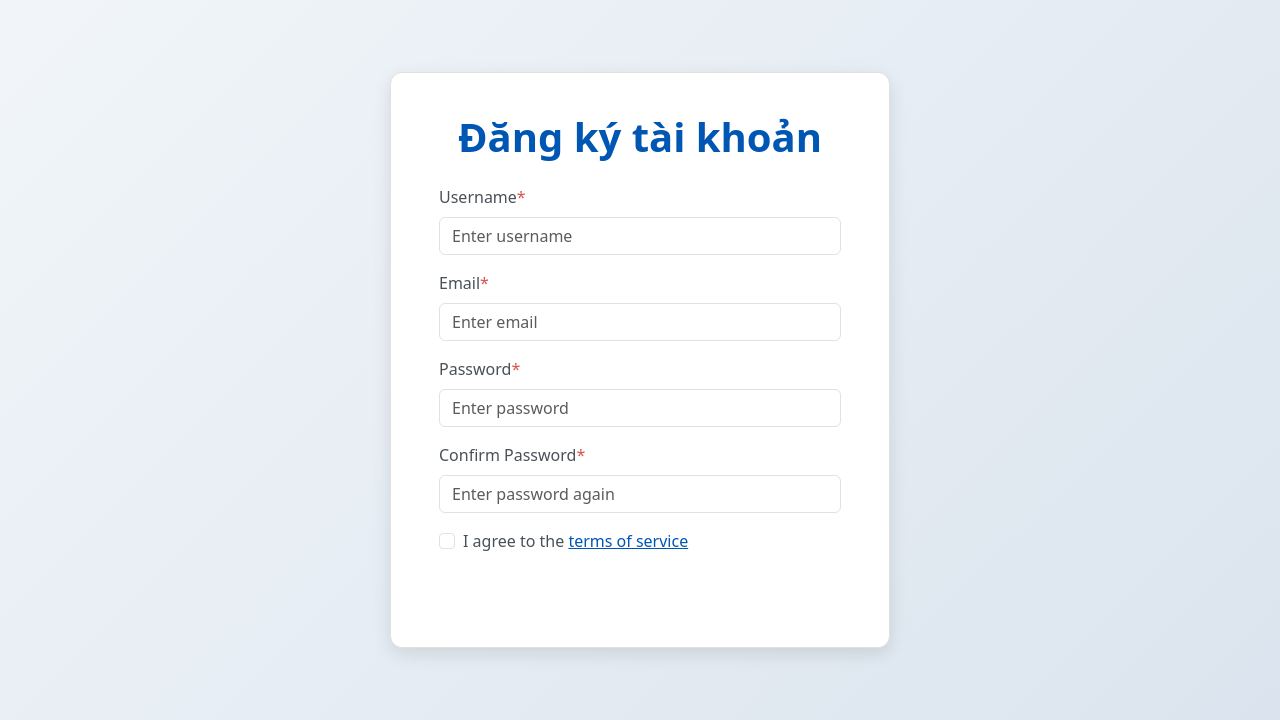
Repository: manhtdxxx/Tour-Booking-Webapp
Page: http://localhost/bookingTour/register.jsp
These files come from the project's save history. The page is drawn as it stood at one moment and after a run of saves; the edit follows.
The browser window is 1280 px wide. The pictures show the whole page.
The page is served by Tomcat 9. Other server files are loaded and not shown.

Above is the page before, as saved 2024-11-09 07:16:01.

### bookingTour/src/main/webapp/register.jsp
<%@ page language="java" contentType="text/html; charset=UTF-8" pageEncoding="UTF-8"%>
<!DOCTYPE html>
<html>
<head>
<title>Trang đăng ký</title>
<meta charset="utf-8">
<meta name="viewport" content="width=device-width, initial-scale=1">
<link href="https://cdn.jsdelivr.net/npm/bootstrap@5.3.3/dist/css/bootstrap.min.css"
	rel="stylesheet">
<script src="https://cdn.jsdelivr.net/npm/bootstrap@5.3.3/dist/js/bootstrap.bundle.min.js"></script>

<style type="text/css">
body {
	background: linear-gradient(135deg, #f1f5f9, #dbe4ee);
	min-height: 100vh;
	display: flex;
	align-items: center;
	justify-content: center;
	color: #495057;
}

.container {
	max-width: 500px;
	background: #ffffff;
	box-shadow: 0 6px 18px rgba(0, 0, 0, 0.1);
	border-radius: 12px;
	padding: 2.5rem 3rem;
	border: 1px solid #e0e0e0;
}

h1 {
	color: #0056b3;
	font-weight: 700;
}

.red {
	color: #d9534f;
}

.form-label {
	font-weight: 500;
	color: #495057;
}

.form-check-label a {
	color: #0056b3;
	text-decoration: underline;
}

.btn-primary {
	width: 100%;
	background-color: #0056b3;
	border-color: #0056b3;
	font-weight: bold;
}

.btn-primary:hover {
	background-color: #004085;
	border-color: #004085;
}

.alert-danger {
	background-color: #f8d7da;
	color: #721c24;
	border-color: #f5c6cb;
}
</style>
</head>

<body>
	<%
	String error = (String) request.getAttribute("error");
	error = (error != null) ? error : "";
	String username = (String) request.getAttribute("username");
	String email = (String) request.getAttribute("email");
	String password = (String) request.getAttribute("password");
	String password2 = (String) request.getAttribute("password2");
	%>
	<div class="container">
		<div class="text-center mb-4">
			<h1>Đăng ký tài khoản</h1>
		</div>

		<!-- Error Message -->
		<%
		if (!error.isEmpty()) {
		%>
		<div class="alert alert-danger alert-dismissible fade show">
			<button type="button" class="btn-close" data-bs-dismiss="alert"></button>
			<strong><%=error%></strong>
		</div>
		<%
		}
		%>

		<form action="do-register" method="post">
			<div class="mb-3">
				<label for="username" class="form-label">Username<span class="red">*</span></label> <input
					type="text" class="form-control" id="username" placeholder="Enter username" name="username"
					value="<%=username != null ? username : ""%>" required="required" oninput="showSubmitButton()">
			</div>
			<div class="mb-3">
				<label for="email" class="form-label">Email<span class="red">*</span></label> <input
					type="email" class="form-control" id="email" placeholder="Enter email" name="email"
					value="<%=email != null ? email : ""%>" required="required" oninput="showSubmitButton()">
			</div>
			<div class="mb-3">
				<label for="password" class="form-label">Password<span class="red">*</span></label> <input
					type="password" class="form-control" id="password" placeholder="Enter password" name="password"
					value="<%=password != null ? password : ""%>" required="required"
					onkeyup="confirmPassword(); oninput=showSubmitButton()">
			</div>
			<div class="mb-3">
				<label for="password2" class="form-label">Confirm Password<span class="red">*</span></label> <input
					type="password" class="form-control" id="password2" placeholder="Enter password again"
					name="password2" value="<%=password2 != null ? password2 : ""%>" required="required"
					onkeyup="confirmPassword(); oninput=showSubmitButton()">
				<div id="msg" class="text-danger mb-3 mt-1"></div>
			</div>
			<div class="form-check mb-3">
				<input class="form-check-input" type="checkbox" name="agree" id="agree"
					onchange="showSubmitButton()"> <label class="form-check-label">I agree to the <a
					href="#">terms of service</a></label>
			</div>
			<button type="submit" class="btn btn-primary" id="submit" style="visibility: hidden;">Register</button>
		</form>
	</div>

	<script type="text/javascript">
		function confirmPassword() {
			let pass_1 = document.getElementById("password").value;
			let pass_2 = document.getElementById("password2").value;
			let msg = document.getElementById("msg");
			if (pass_1 !== pass_2) {
				msg.innerHTML = "Mật khẩu không khớp!";
				return false;
			} else {
				msg.innerHTML = "";
				return true;
			}
		}

		function showSubmitButton() {
			let username = document.getElementById("username").value.trim();
			let email = document.getElementById("email").value.trim();
			let password = document.getElementById("password").value.trim();
			let password2 = document.getElementById("password2").value.trim();
			let agree = document.getElementById("agree").checked;
			let submitButton = document.getElementById("submit");

			if (username && email && password && password2 && confirmPassword()
					&& agree) {
				submitButton.style.visibility = "visible";
			} else {
				submitButton.style.visibility = "hidden";
			}
		}
	</script>
</body>
</html>

After the next 2 saves:
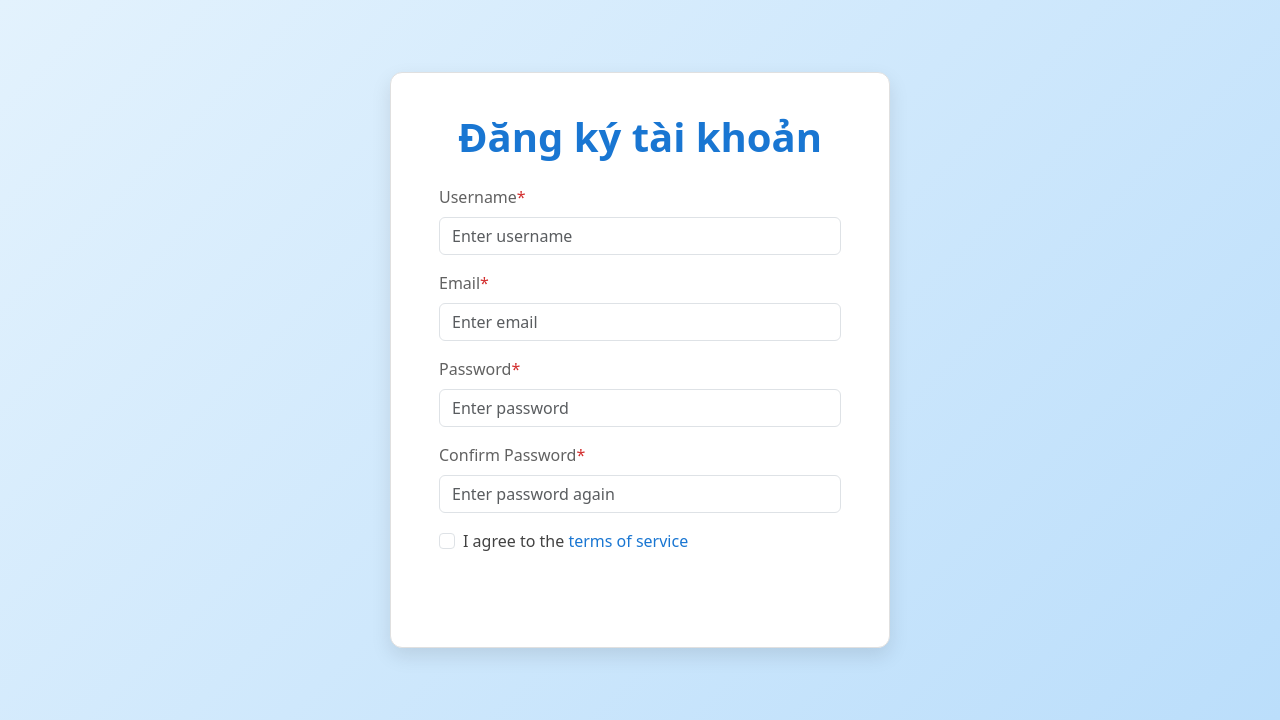
The 2 saves are shown as one change because they came seconds apart.
The last was saved 69 s later.
--- a/bookingTour/src/main/webapp/register.jsp
+++ b/bookingTour/src/main/webapp/register.jsp
@@ -11,58 +11,76 @@
 
 <style type="text/css">
 body {
-	background: linear-gradient(135deg, #f1f5f9, #dbe4ee);
+	background: linear-gradient(135deg, #e3f2fd, #bbdefb);
 	min-height: 100vh;
 	display: flex;
 	align-items: center;
 	justify-content: center;
-	color: #495057;
+	color: #424242;
 }
 
 .container {
 	max-width: 500px;
 	background: #ffffff;
-	box-shadow: 0 6px 18px rgba(0, 0, 0, 0.1);
+	box-shadow: 0 8px 20px rgba(0, 0, 0, 0.1);
 	border-radius: 12px;
 	padding: 2.5rem 3rem;
 	border: 1px solid #e0e0e0;
+	transition: all 0.3s ease;
+}
+
+.container:hover {
+	box-shadow: 0 12px 25px rgba(0, 0, 0, 0.2);
+	transform: translateY(-3px);
 }
 
 h1 {
-	color: #0056b3;
+	color: #1976d2;
 	font-weight: 700;
+	transition: color 0.3s;
+}
+
+h1:hover {
+	color: #0d47a1;
 }
 
 .red {
-	color: #d9534f;
+	color: #d32f2f;
 }
 
 .form-label {
 	font-weight: 500;
-	color: #495057;
+	color: #616161;
 }
 
 .form-check-label a {
-	color: #0056b3;
-	text-decoration: underline;
+	color: #1976d2;
+	text-decoration: none;
+	transition: color 0.3s ease;
+}
+
+.form-check-label a:hover {
+	color: #0d47a1;
 }
 
 .btn-primary {
 	width: 100%;
-	background-color: #0056b3;
-	border-color: #0056b3;
+	background-color: #1976d2;
+	border-color: #1976d2;
 	font-weight: bold;
+	transition: background-color 0.3s, transform 0.3s;
 }
 
 .btn-primary:hover {
-	background-color: #004085;
-	border-color: #004085;
+	background-color: #0d47a1;
+	border-color: #0d47a1;
+	transform: translateY(-2px);
 }
 
 .alert-danger {
-	background-color: #f8d7da;
-	color: #721c24;
-	border-color: #f5c6cb;
+	background-color: #ffebee;
+	color: #d32f2f;
+	border-color: #ffcdd2;
 }
 </style>
 </head>
